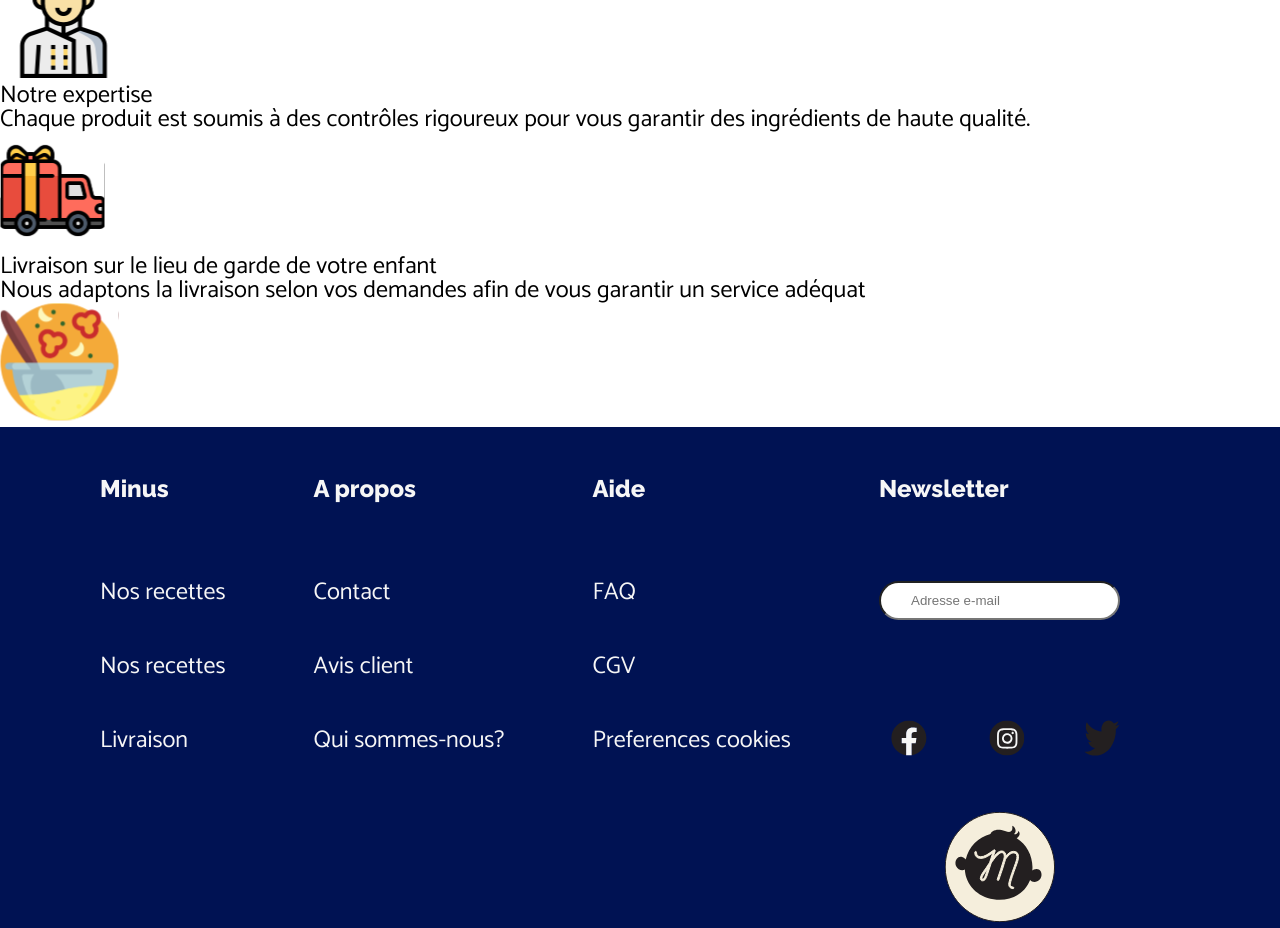
Repository: minus-team7/minus_team7
Page: minus_homepage.html
These files come from the project's save history. The page is drawn as it stood at one moment and after the next save; the edit follows.
The browser window is 1280 px wide. The pictures show the part of the page from y = 551 to 1503 px (the page is 1479 px tall before and 1503 px after).
A picture or video elsewhere on the page could not be fetched, so the positions and the page height are approximate.

Above is the page before, as saved 2023-02-12 22:16:17.

### minus_homepage.html
<!DOCTYPE html>
<html lang="en">
<head>
    <meta charset="UTF-8">
    <meta http-equiv="X-UA-Compatible" content="IE=edge">
    <meta name="viewport" content="width=device-width, initial-scale=1.0">
    <link rel="preconnect" href="https://fonts.googleapis.com">
    <link rel="preconnect" href="https://fonts.gstatic.com" crossorigin>
    <link href="https://fonts.googleapis.com/css2?family=Catamaran:wght@100;200;300;400;500;700&family=Raleway:ital,wght@0,100;0,400;0,600;0,800;1,100&display=swap" rel="stylesheet">
    <link rel="stylesheet" href="reset.css">
    <link rel="stylesheet" href="minus_homepage.css">
    <title>Document</title>

</head>
<body>

    <div class="box">
        <img src="/assets/homepage_boxminus.svg" alt="homepage_boxminus">
    </div>

    <div class="bouton">
        <a href="#">Nos engagements</a>
    </div>
    <section class="nos-engagements">

        <div class="engagement">
            <img src="/assets/engagement_icone_qualite_produits.svg" alt="engagement_icone_qualite_produits">
            <h2>Qualité des produits</h2>
            <p>Nous travaillons avec les meilleurs fournisseurs pour sélectionner les ingrédients les plus frais et les plus savoureux.</p>
        </div>

        <div class="engagement">
            <img src="/assets/icone_notreexpertise_chef.svg" alt="icone_notreexpertise_chef">
            <h2>Notre expertise</h2>
            <p>Chaque produit est soumis à des contrôles rigoureux pour vous garantir des ingrédients de haute qualité.</p>
        </div>

        <div class="engagement">
            <img src="/assets/icone_livraison_camion.svg" alt="icone_livraison_camion">
            <h2>Livraison sur le lieu de garde de votre enfant</h2>
            <p>Nous adaptons la livraison selon vos demandes afin de vous garantir un service adéquat</p>
        </div>

        <div class="engagement">
            <img src="/assets/icone_varietes_recettes_bolcuisine.svg" alt="icone_varietes_recettes_bolcuisine">
            <h2></h2>
        </div>








    </section>

    <!-- footer  -->
    <div class="footer">
        <ul>
            <li class="titre-footer">Minus</li>
            <li><a href="#"> Nos recettes</a></li>
            <li><a href="#"> Nos recettes</a></li>
            <li><a href="#"> Livraison</a></li>
        </ul>
        <ul>
            <li class="titre-footer">A propos</li>
            <li><a href="#"> Contact</a></li>
            <li><a href="#"> Avis client</a></li>
            <li><a href="#"> Qui sommes-nous?</a></li>
        </ul>
        <ul>
            <li class="titre-footer">Aide</li>
            <li><a href="#"> FAQ</a></li>
            <li><a href="#"> CGV</a></li>
            <li><a href="#"> Preferences cookies</a></li>
        </ul>
        <ul>
            <li class="titre-footer">Newsletter</li>
            <li>
                <input class="newsletter" type="text" placeholder="Adresse e-mail">
            </li>
            <li>
                <ul class="reseaux-sociaux">
                    <li><a href="#"><img src="/assets/logo_facebook.svg" alt="fb"></a></li>
                    <li><a href="#"><img src="/assets/logo_instagram.svg" alt="insta"></a></li>
                    <li><a href="#"><img src="/assets/logo_twitter.svg" alt="twitter"></a></li>
                </ul>
            </li>
            <li class="logo-minus-footer"><a href="#"> <img src="/assets/Logo_minus_rondtête.svg" alt="logo-minus-footer"></a></li>

        </ul>


    </div>
</body>
</html>

### minus_homepage.css
/* footerr */
body{
    font-family: 'catamaran',sans-serif;
    font-size: 24px;


}

.footer{

    display: flex;
    flex-direction: row;
    justify-content: space-between;
    background-color:  #001253;
    color: #f6f6f6;
    padding: 0 100px;
    flex-wrap: wrap;
}

.footer ul{
    list-style-type: none;
    margin-right: 60px;

}

.footer ul li{
    margin-top: 50px;
}
.footer a{
    text-decoration: none;
    color: #f6f6f6;
}
.footer a:hover{
    text-decoration:underline;
    color: #E14D2A;
}
.titre-footer{
    font-weight: bold;
    margin-bottom: 80px;
    font-family: 'raleway',sans-serif;

}
.newsletter{
    padding: 10px 30px;
    border-radius: 20px
}
.reseaux-sociaux{
    width: 100%;
    display: flex;
    flex-direction: row;
    justify-content: space-between;
}
.logo-minus-footer{
    display: flex;
    justify-content: center;
}

Loaded but not shown: reset.css (common file)

After the next save:
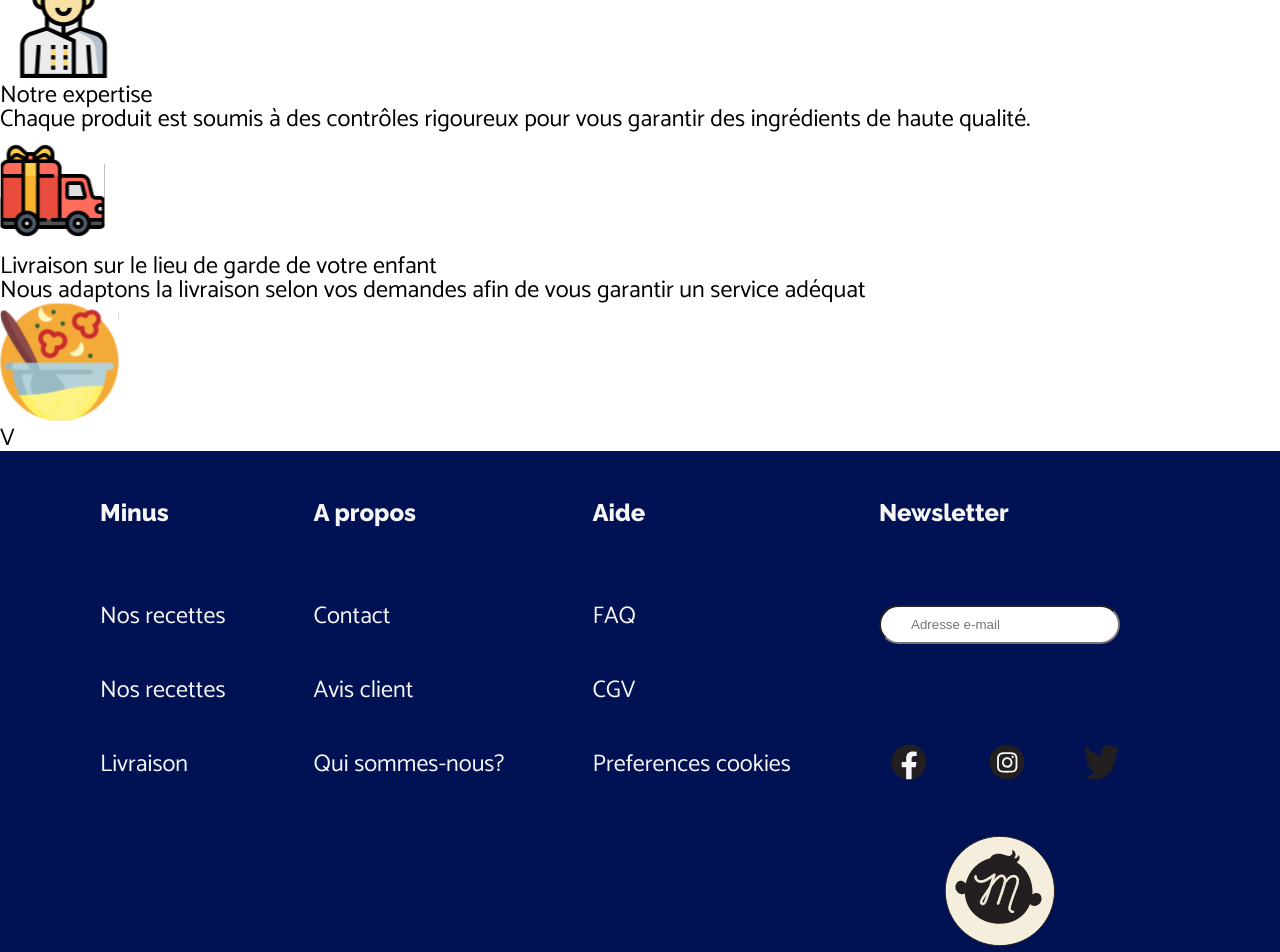
Saved 4 s later.
--- a/minus_homepage.html
+++ b/minus_homepage.html
@@ -43,7 +43,7 @@
 
         <div class="engagement">
             <img src="/assets/icone_varietes_recettes_bolcuisine.svg" alt="icone_varietes_recettes_bolcuisine">
-            <h2></h2>
+            <h2>V</h2>
         </div>
 
 
